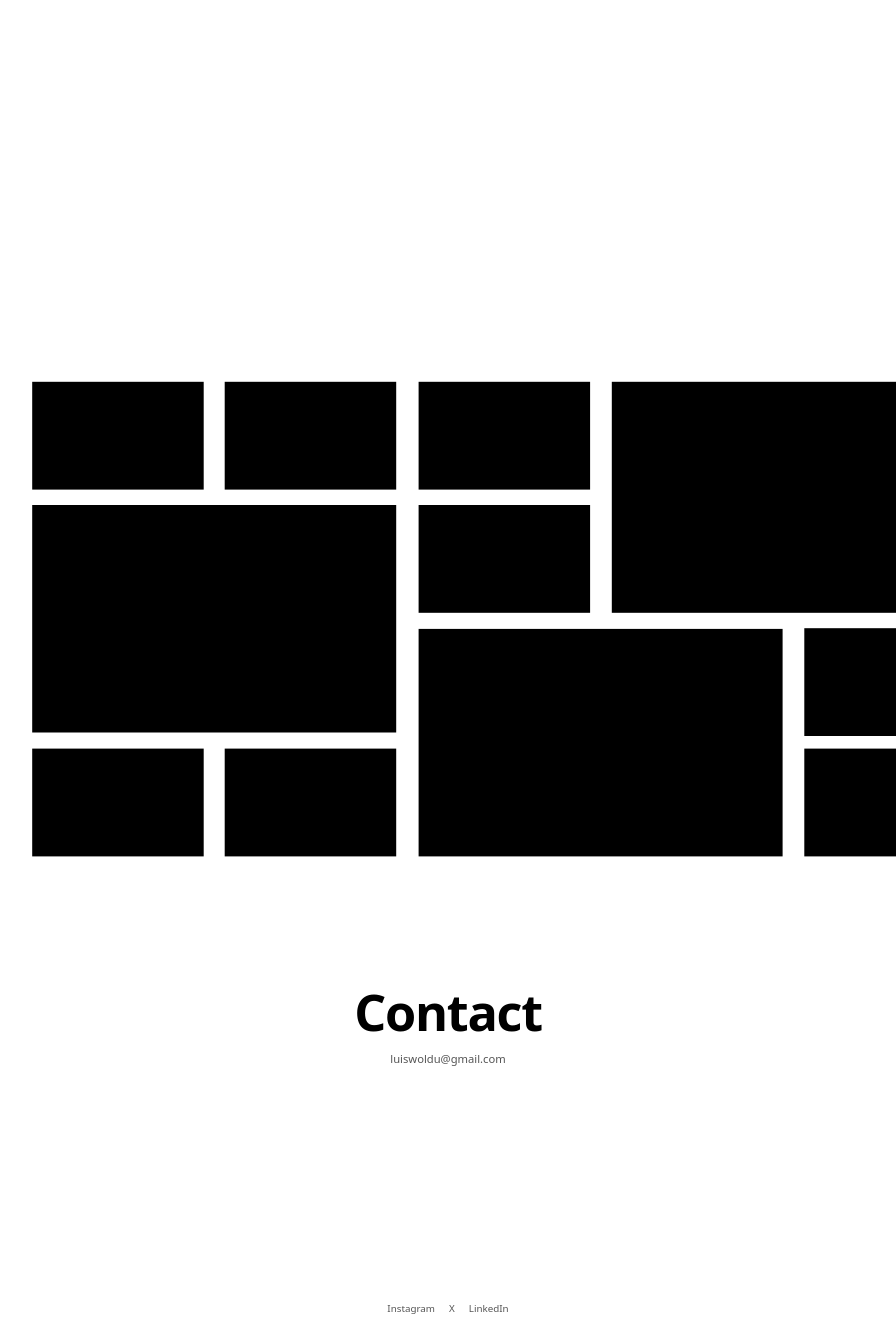
Repository: luiswoldu/personal
Page: /
These files come from the project's save history. The page is drawn as it stood at one moment and after the next save; the edit follows.
The browser window is 1280 px wide. The pictures show the part of the page from y = 918 to 2838 px (the page is 2838 px tall), at 70% of full size.
The project was rebuilt for these pictures with package versions that can differ from the ones it lists, and the page was loaded fresh each time. Also part of the build but not shown: vite.config.js.

Above is the page before, as saved 2025-01-08 22:27:54.

### index.html
<!doctype html>
<html lang="en">
  <head>
    <meta charset="UTF-8" />
    <link rel="icon" type="image/svg+xml" href="/vite.svg" />
    <meta name="viewport" content="width=device-width, initial-scale=1.0" />
    <link rel="preconnect" href="https://fonts.googleapis.com">
    <link rel="preconnect" href="https://fonts.gstatic.com" crossorigin>
    <link href="https://fonts.googleapis.com/css2?family=Montserrat:wght@400;700&display=swap" rel="stylesheet">
    <title>Vite + React</title>
  </head>
  <body>
    <div id="root"></div>
    <script type="module" src="/src/main.jsx"></script>
  </body>
</html>

### src/index.css
@tailwind base;
@tailwind components;
@tailwind utilities;

/* Reset all containers */
html, body, #root, #app {
  margin: 0 !important;
  padding: 0 !important;
  width: 100vw !important;
  max-width: 100vw !important;
  overflow-x: hidden !important;
}

.gallery-grid {
  width: fit-content;
  height: 750px;
  position: relative;
  margin: 0;
  padding: 24px;
  background-color: #ffffff;
}

.gallery-item {
  background-color: #000000;
  overflow: hidden;
  position: absolute;
  color: white;
  opacity: 0;
  transform: translateY(20px);
  /* Remove the animation from base class */
}

/* Only apply animation when animate class is present */
.gallery-item.animate {
  animation: fadeInUp 0.8s ease-out forwards;
}

/* Define keyframes for the fade-in-up animation */
@keyframes fadeInUp {
  0% {
    opacity: 0;
    transform: translateY(20px);
  }
  100% {
    opacity: 1;
    transform: translateY(0);
  }
}

/* Apply staggered animation delays for each tile */
.gallery-item.animate:nth-child(1) { animation-delay: 0s; }
.gallery-item.animate:nth-child(2) { animation-delay: 0.1s; }
.gallery-item.animate:nth-child(3) { animation-delay: 0.2s; }
.gallery-item.animate:nth-child(4) { animation-delay: 0.3s; }
.gallery-item.animate:nth-child(5) { animation-delay: 0.4s; }
.gallery-item.animate:nth-child(6) { animation-delay: 0.5s; }
.gallery-item.animate:nth-child(7) { animation-delay: 0.6s; }
.gallery-item.animate:nth-child(8) { animation-delay: 0.7s; }

/* Base tile sizes */
.small-tile {
  width: 245px;
  height: 154px;
}

.large-tile {
  width: 520px;
  height: 325px;
}

/* First row - Adjusted gaps to align with large2 */
.small1 { left: 46px; top: 24px; }
.small2 { left: 321px; top: 24px; }
.small3 { left: 598px; top: 24px; }  /* Changed from 595px to 594px */
.large1 { left: 874px; top: 24px; }

/* Second row */
.large2 { left: 46px; top: 200px; }
.small6 { left: 598px; top: 200px; }

/* Third row - Adjusted gaps to align with large2 */
.small4 { left: 46px; top: 548px; }
.small5 { left: 321px; top: 548px; }
.large3 { left: 598px; top: 377px; }  /* Changed from 595px to 594px */

/* Vertically stacked beside large3 */
.small7 {
    left: 1149px;
    top: 376px;
}
.small8 {
    left: 1149px;
    top: 548px;
}

.large1 {
  left: 874px;
  top: 24px;
  height: 330px; /* Increased from 325px to 330px */
}

### src/App.jsx
import { useState } from 'react'
import './App.css'
import TabBar from './components/TabBar'
import ScrollTransformHeader from './components/ScrollTransformHeader.jsx'
import Introduction from './components/Introduction'
import Work from './components/Work'
import Contact from './components/Contact'
import Footer from './components/Footer.jsx'

function App() {
  return (
    <>
      <TabBar />
      <div style={{ paddingTop: '60px', margin: 0, padding: 0, width: '100%' }}>
        <ScrollTransformHeader />
        <Introduction />
        <Work />
        <Contact />
        <Footer />
      </div>
    </>
  );
}

export default App;

### src/components/TabBar.jsx
import React, { useState, useEffect } from 'react';
import { motion } from 'framer-motion';

const TabBar = () => {
  const [activeSection, setActiveSection] = useState('none');

  useEffect(() => {
    const handleScroll = () => {
      const scrollY = window.scrollY;

      if (scrollY < 250) {
        setActiveSection('none');
      } else if (scrollY >= 250 && scrollY < 800) {
        setActiveSection('about');
      } else if (scrollY >= 800 && scrollY < 1760) {
        setActiveSection('work');
      } else if (scrollY >= 1760) {
        setActiveSection('contact');
      }
    };

    window.addEventListener('scroll', handleScroll);
    return () => window.removeEventListener('scroll', handleScroll);
  }, []);

  const getButtonStyle = (buttonName) => ({
    backgroundColor: '#f1f1f1',
    margin: '0 8px',
    padding: '15px 20px',
    paddingTop: '64px',
    paddingBottom: '40px',
    cursor: 'pointer',
    transition: 'all 0.3s ease',
    fontSize: '10.27px',
    fontFamily: 'ui-sans-serif, system-ui, -apple-system, BlinkMacSystemFont, "Segoe UI", Roboto, "Helvetica Neue", Arial, sans-serif',
    fontWeight: '700',
    textTransform: 'uppercase',
    color: activeSection === buttonName.toLowerCase() ? '#000' : '#999',
    border: 'none',
  });

  return (
    <div
      className="tab-bar"
      style={{
        backgroundColor: '#f1f1f1',
        minHeight: '60px',
        position: 'fixed',
        top: 0,
        left: 0,
        right: 0,
        zIndex: 9999,
        display: 'flex',
        justifyContent: 'center',
        alignItems: 'center',
      }}
    >
      <div style={{ display: 'flex', alignItems: 'center', gap: '16px' }}>
        <button style={getButtonStyle('about')}>
          <motion.span
            initial={{ opacity: 0, x: -30 }}
            animate={{ opacity: 1, x: 0 }}
            transition={{ type: 'spring', stiffness: 100, damping: 25, delay: 0.2 }}
          >
            ABOUT
          </motion.span>
        </button>
        <button style={getButtonStyle('work')}>
          <motion.span
            initial={{ opacity: 0, x: -30 }}
            animate={{ opacity: 1, x: 0 }}
            transition={{ type: 'spring', stiffness: 100, damping: 25, delay: 0.4 }}
          >
            WORK
          </motion.span>
        </button>
        <button style={getButtonStyle('contact')}>
          <motion.span
            initial={{ opacity: 0, x: -30 }}
            animate={{ opacity: 1, x: 0 }}
            transition={{ type: 'spring', stiffness: 100, damping: 25, delay: 0.6 }}
          >
            CONTACT
          </motion.span>
        </button>
      </div>
    </div>
  );
};

export default TabBar;

### src/components/ScrollTransformHeader.jsx
import { useState, useEffect } from 'react';

const ScrollTransformHeader = () => {
  const [scrollProgress, setScrollProgress] = useState(0);

  const initialWidth = 805;
  const initialHeight = 330;

  useEffect(() => {
    const handleScroll = () => {
      const progress = Math.min(window.scrollY / 400, 1);
      setScrollProgress(progress);
    };

    window.addEventListener('scroll', handleScroll);
    return () => window.removeEventListener('scroll', handleScroll);
  }, []);

  const getAnimatedDimensions = (progress) => {
    if (progress <= 0.5) {
      const normalizedProgress = progress * 2;
      return {
        width: initialWidth + (window.innerWidth - initialWidth) * normalizedProgress,
        height: initialHeight + (124 - initialHeight) * normalizedProgress
      };
    } else {
      // Increase the shrinking speed by using a larger multiplier (e.g., 4 instead of 2)
      const normalizedProgress = (progress - 0.5) * 4; // Faster shrinking
      return {
        width: window.innerWidth,
        height: 124 * (1 - normalizedProgress)
      };
    }
  };

  const dimensions = getAnimatedDimensions(scrollProgress);
  const translateY = -218 * scrollProgress;

  return (
    <div className="w-full min-h-[200vh] bg-white relative">
      <div
        className="fixed left-1/2 top-[40%] bg-black transition-transform duration-75 ease-out"
        style={{
          width: `${dimensions.width}px`,
          height: `${dimensions.height}px`,
          transform: `translate(-50%, ${translateY}px)`,
        }}
      >
        <img
          src="https://pbs.twimg.com/ext_tw_video_thumb/1858517907182878720/pu/img/1jUUxnTvvX4G4nta.jpg"  // Replace with the actual image URL
          alt="Your description"
          className="absolute top-0 left-0 w-full h-full object-cover"
          style={{
            transform: 'none',  // Ensure the image is not affected by the container's transform
          }}
        />
      </div>
    </div>
  );
};

export default ScrollTransformHeader;

### src/components/Introduction.jsx
import React, { useState, useEffect } from 'react';

const Introduction = () => {
  const [isVisible, setIsVisible] = useState(false);

  useEffect(() => {
    const handleScroll = () => {
      if (window.scrollY >= 50) {
        setTimeout(() => {
          setIsVisible(true);
        }, 200);
      } else {
        setIsVisible(false);
      }
    };

    window.addEventListener('scroll', handleScroll);
    return () => window.removeEventListener('scroll', handleScroll);
  }, []);

  return (
    <div
      style={{
        display: 'flex',
        justifyContent: 'center',
        alignItems: 'center',
        height: '50vh',
        padding: '0 20px',
        backgroundColor: 'white',
        opacity: isVisible ? 1 : 0,
        transition: 'opacity 0.2s ease-in',
        position: 'relative',
        zIndex: 1,
        marginTop: '-80vh',
        marginBottom: '30vh'
      }}
    >
      <p
        style={{
          maxWidth: '600px',
          textAlign: 'left',
          lineHeight: '1.6',
          fontSize: '18px',
          fontFamily: 'ui-sans-serif, system-ui, -apple-system, BlinkMacSystemFont, "Segoe UI", Roboto, "Helvetica Neue", Arial, sans-serif',
          color: '#666666',
          paddingTop: '60px',
          fontWeight: '400'
        }}
      >
        Welcome, I'm James Owen, a British artist and designer based in San Francisco.
        <br /><br />
        As a former Creative Director at ManvsMachine, I've collaborated with brands such as Apple, Nike, Google, and Xbox. Together, we created remarkable projects that garnered worldwide recognition, including D&AD Pencils, Cannes Gold Lions, and many more.
        <br /><br />
        Currently, I'm creating groundbreaking experiences with the Apple Design Team while consuming copious amounts of tea.
      </p>
    </div>
  );
};

export default Introduction;

### src/components/Work.jsx
import React, { useEffect, useRef } from 'react';

const Work = () => {
  const observerRef = useRef(null);

  useEffect(() => {
    // Create intersection observer
    observerRef.current = new IntersectionObserver(
      (entries) => {
        entries.forEach(entry => {
          if (entry.isIntersecting) {
            entry.target.classList.add('animate');
            // Unobserve after animation is triggered so it won't repeat
            observerRef.current.unobserve(entry.target);
          }
        });
      },
      {
        threshold: 0.1 // Trigger when at least 10% of the element is visible
      }
    );

    // Observe all gallery items
    const galleryItems = document.querySelectorAll('.gallery-item');
    galleryItems.forEach(item => {
      observerRef.current.observe(item);
    });

    // Cleanup
    return () => {
      if (observerRef.current) {
        observerRef.current.disconnect();
      }
    };
  }, []);

  return (
    <div
      style={{
        minHeight: 'auto',
        height: '747px',
        backgroundColor: 'white',
        position: 'relative',
        zIndex: 0,
        padding: 0,
        margin: 0,
        width: 'auto',
        overflow: 'hidden',
        left: 0,
        right: 0
      }}
    >
      <div
        className="gallery-grid"
        style={{
          left: 0,
          margin: 0,
          padding: 0
        }}
      >
        {/* Small Tiles */}
        <div className="gallery-item small-tile small1" data-number="1" />
        <div className="gallery-item small-tile small2" data-number="2" />
        <div className="gallery-item small-tile small3" data-number="3" />
        <div className="gallery-item small-tile small4" data-number="4" />
        <div className="gallery-item small-tile small5" data-number="5" />
        <div className="gallery-item small-tile small6" data-number="6" />
        <div className="gallery-item small-tile small7" data-number="7" />
        <div className="gallery-item small-tile small8" data-number="8" />

        {/* Large Tiles */}
        <div className="gallery-item large-tile large1" data-number="9" />
        <div className="gallery-item large-tile large2" data-number="10" />
        <div className="gallery-item large-tile large3" data-number="11" />
      </div>
    </div>
  );
};

export default Work;

### src/components/Contact.jsx
import React, { useEffect, useState } from 'react';
import { useInView } from 'react-intersection-observer';
import './Contact.css';

const Contact = () => {
  const [isLoaded, setIsLoaded] = useState(false);
  const [titleRef, titleInView] = useInView({
    triggerOnce: true,
    threshold: 0.6,
  });

  const [emailRef, emailInView] = useInView({
    triggerOnce: true,
    threshold: 0.6,
  });

  useEffect(() => {
    setIsLoaded(true);
  }, []);

  return (
    <div
  style={{
    height: '550px',
    backgroundColor: 'white',
    position: 'relative',
    zIndex: 1,
    margin: 0,
    padding: '140px 0 28px 0', // Reduced padding-bottom by 30% (from 40px to 28px)
    width: '100%',
  }}>

      <h1
        ref={titleRef}
        className={`text-6xl md:text-7xl font-bold text-center tracking-tight ${
          isLoaded ? (titleInView ? 'animate-text' : 'hidden-text') : ''
        }`}
      >
        Contact
      </h1>

      <a
        ref={emailRef}
        href="mailto:wecare@ju.st"
        style={{ color: '#555' }}
        className={`block text-center mt-5 ${
          isLoaded ? (emailInView ? 'animate-email' : 'hidden-email') : ''
        }`}
      >
        luiswoldu@gmail.com
      </a>
    </div>
  );
};

export default Contact;

### src/components/Footer.jsx
import React from 'react';

const Footer = () => {
  return (
    <div
      style={{
        textAlign: 'center',
        fontSize: '14px',
        padding: '40px 0', // Increased padding for top and bottom
        color: '#555',
      }}
    >
      <a
        href="https://instagram.com"
        target="_blank"
        rel="noopener noreferrer"
        style={{
          textDecoration: 'none',
          color: '#555',
          margin: '0 10px',
        }}
      >
        Instagram
      </a>
      <a
        href="https://twitter.com"
        target="_blank"
        rel="noopener noreferrer"
        style={{
          textDecoration: 'none',
          color: '#555',
          margin: '0 10px',
        }}
      >
        X
      </a>
      <a
        href="https://linkedin.com"
        target="_blank"
        rel="noopener noreferrer"
        style={{
          textDecoration: 'none',
          color: '#555',
          margin: '0 10px',
        }}
      >
        LinkedIn
      </a>
    </div>
  );
};

export default Footer;

### src/components/Contact.css
/* Initial hidden state for both title and email */
.hidden-text, .hidden-email {
  opacity: 0;
  transform: translateY(20px);
  transition: opacity 0.8s ease-in-out, transform 0.8s ease-in-out;
}

/* Animation class for text and email */
.animate-text, .animate-email {
  opacity: 1;
  transform: translateY(0);
  transition: opacity 0.8s ease-in-out, transform 0.8s ease-in-out;
}

/* Optionally add more smoothness for the email animation */
.animate-email {
  transition-delay: 0.2s; /* Slight delay for the email */
}

/* Optional additional styling to make the email look better */
a {
  text-decoration: none;
  color: inherit;
}

Loaded but not shown: src/main.jsx (common file); src/App.css (common file); tailwind.config.js (common file)

After the next save:
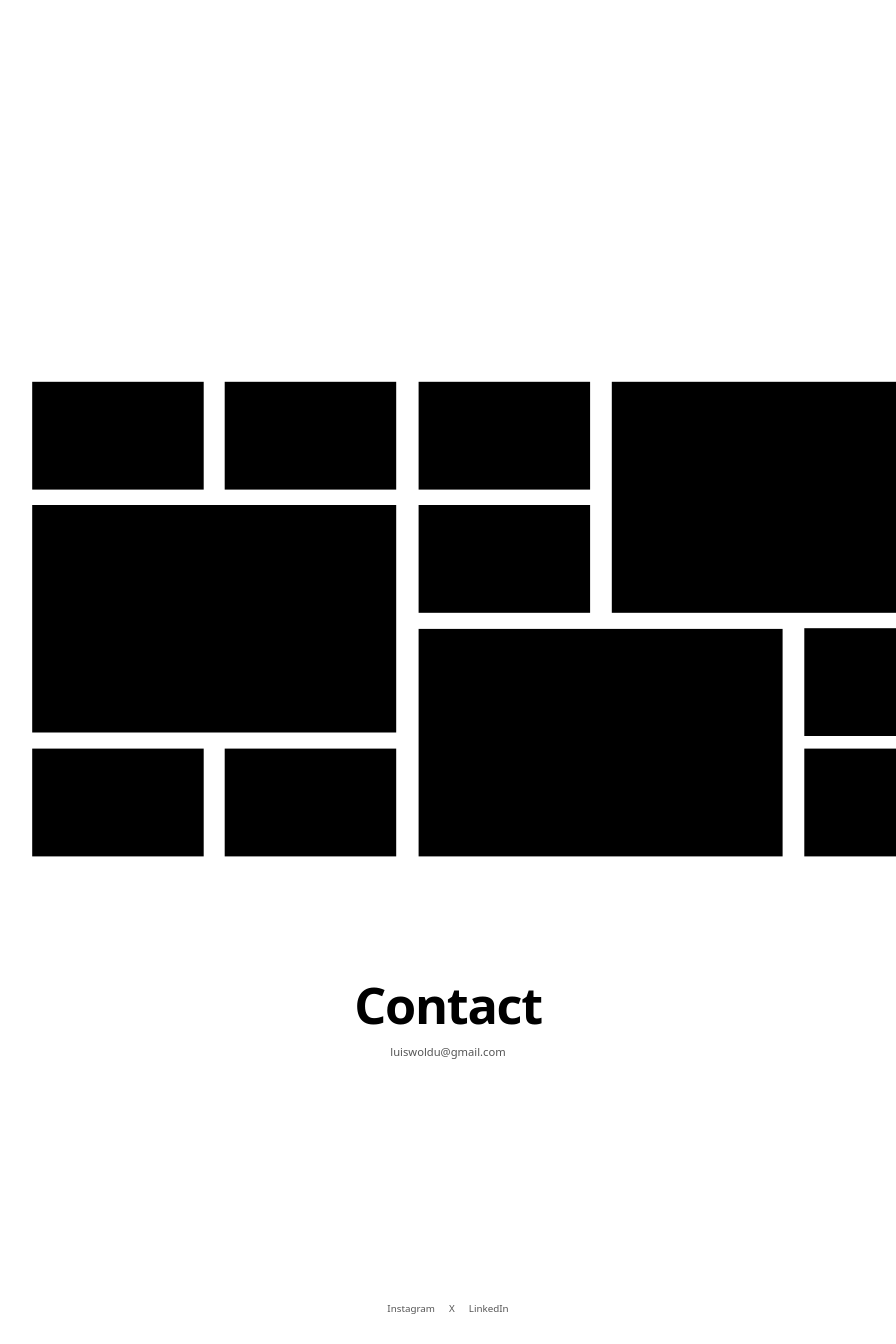
Saved 6 s later.
--- a/src/components/Contact.jsx
+++ b/src/components/Contact.jsx
@@ -26,7 +26,7 @@ const Contact = () => {
     position: 'relative',
     zIndex: 1,
     margin: 0,
-    padding: '140px 0 28px 0', // Reduced padding-bottom by 30% (from 40px to 28px)
+    padding: '130px 0 28px 0', // Reduced padding-bottom by 30% (from 40px to 28px)
     width: '100%',
   }}>
 
